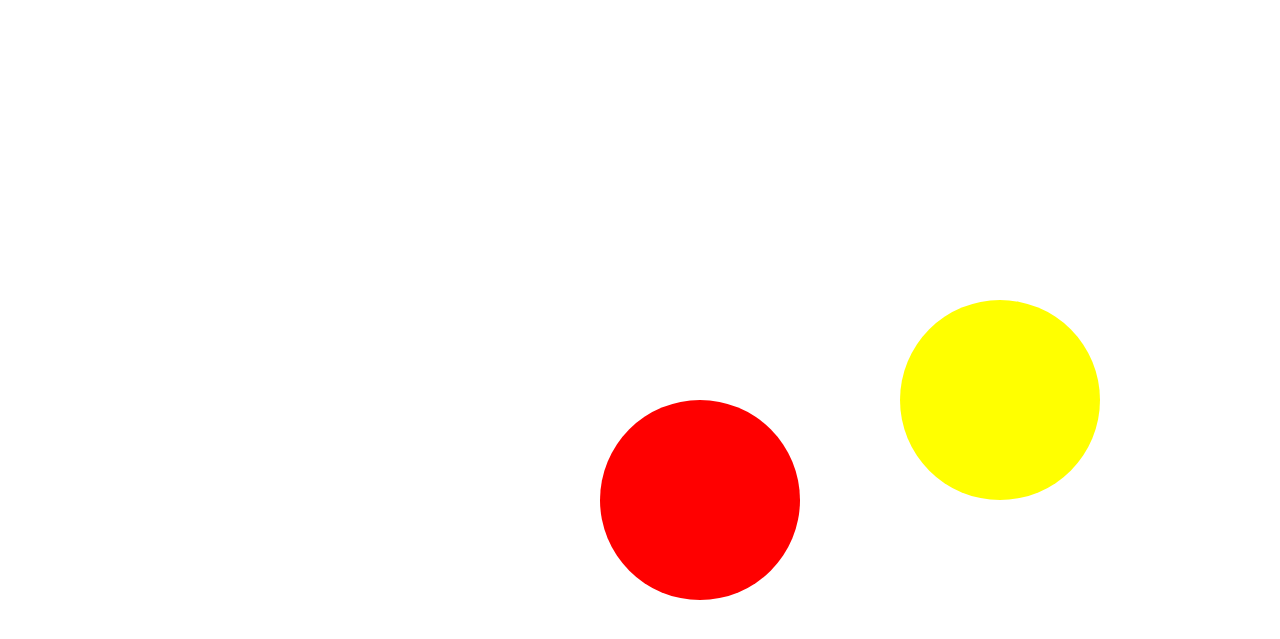
Repository: ScarApocalypse/study
Page: 一些想法/test.html
An editor plug-in stored every save of this project. The page is shown before and after the next save, followed by the edit.
The browser window is 1280 px wide. The pictures show the whole page.

Above is the page before, as saved 2019-08-02 01:12:17.

After the next save:
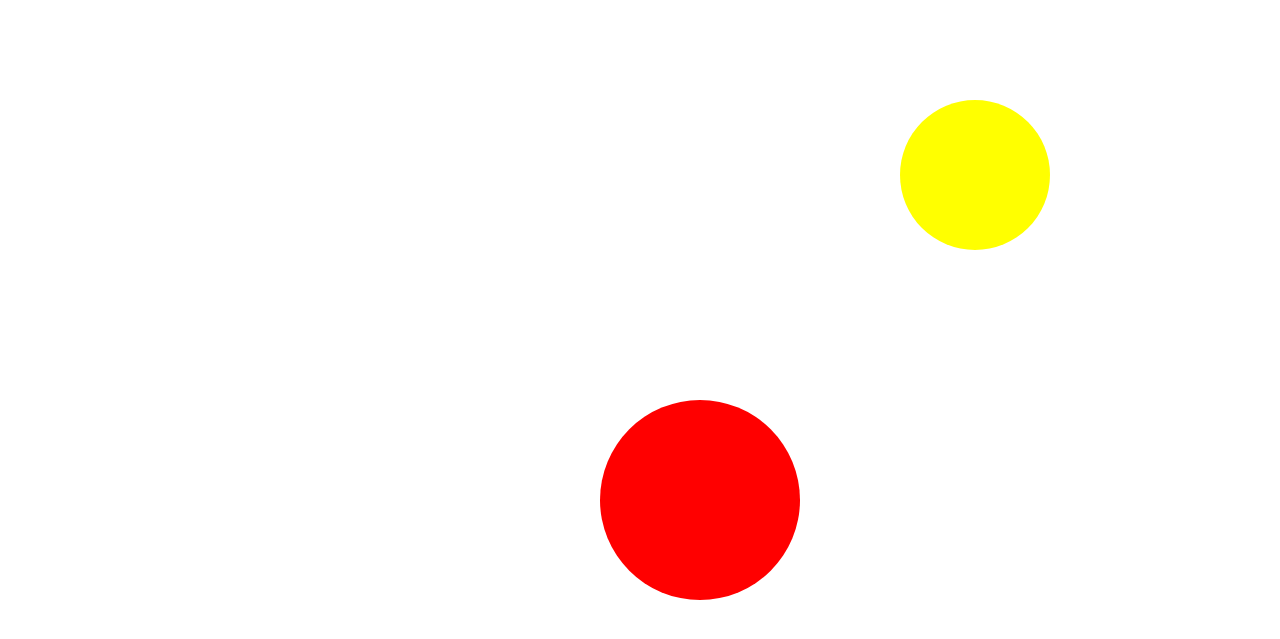
Saved 15 s later.
--- a/一些想法/test.html
+++ b/一些想法/test.html
@@ -45,8 +45,9 @@
         }
         .box2{
             left:900px;
-            width:200px;
-            height:200px;
+            top:100px;
+            width:150px;
+            height:150px;
         }
     </style>
 
